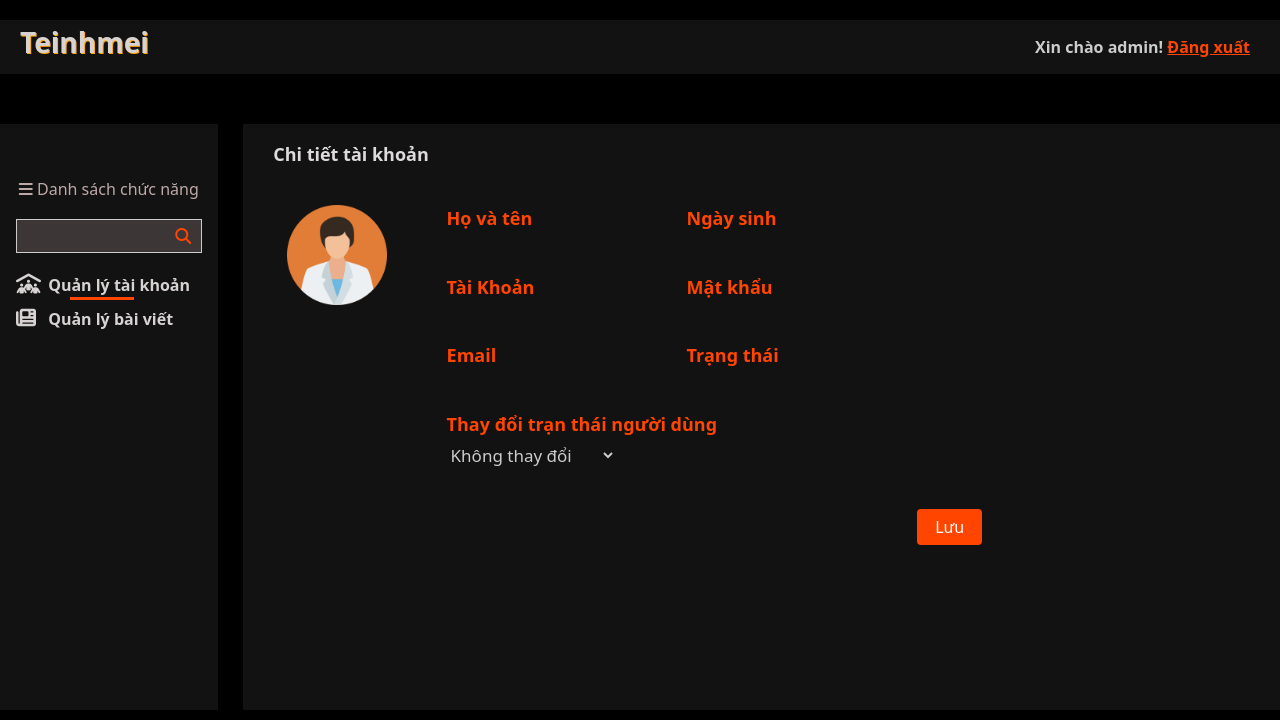
Repository: 29ieH/schedule-manager
Page: http://localhost/quanlythoigian/views/admin/edituser.jsp
The author's editor kept a copy of each file at every save. The page is drawn from the files as they stood at one save, then again after the next save.
The browser window is 1280 px wide. The pictures show the whole page.
The page is served by Tomcat 9. Nobody is signed in. The application's start-up code is not run. Other server files are loaded and not shown.

Above is the page before, as saved 2023-12-26 16:19:46.

### quanlythoigian/src/main/webapp/views/admin/edituser.jsp
<%@ page language="java" contentType="text/html; charset=UTF-8"
    pageEncoding="UTF-8"%>
    <%@include file = "../../util/taglib.jsp"%>
     <%@include file = "../../util/libweb.jsp"%>
<!DOCTYPE html>
<html>
<head>
<meta charset="UTF-8">
<title>Insert title here</title>
</head>
<c:set var ="result" value ="${applicationScope.listResult}"/>
<%
	session = request.getSession(false);
	if(session!=null){
%>
<body style="background-color: black;">
    <div class="web">
        <div class="width-1280">
            <div  id ="div__error-mess" class="error__edit-mess">
                <button id = "div__error-close" class="error__edit-mess--close">
                    <i class="fa-regular fa-circle-xmark"></i>
                </button>
                <h5 class="error__edit-mess--heading">
                    Thông Báo !
                </h5>
                <p class="error__edit-mess--text">
                    aaaabcdefghaaaaaaaaaaaaaaaaaaaaaaaaaaaaaaaaaaaaaaaaaaaaaaaaaaaaaaaaaaaaaaaaaaaaaaaaaaaaaaaaaaaaaaaaaaaaaaaaaaaaaaaaaaaaaaaaaa
                </p>
            </div>
        <div class="header">
            <div style="margin-top: 20px;" class="header__navbar">
                <ul class="header__navbar--list">
                        <h3 class="header__logo">Teinhmei</h3>
                </ul>
                <ul class="header__navbar--list">
                    <li style="color: #ccc; font-weight: 700;" class="header__navbar--item">
                        Xin chào admin! <a style ="color: orangered;" href="<c:url value="/a-dang-xuat"/>">Đăng xuất</a>
                    </li>
                </ul>
            </div>
        </div>
        <div class="hu-content m-h">
        <div class="dashboard">
            <h6 class="dashboard__heading"> <i class="fa-solid fa-bars"></i> Danh sách chức năng</h6>
            <div style="margin-bottom: 20px;" class="dashboard__search">
                <input class="dashboard__search--input" type="text" name="" id="">
                <a class="dashboard__search--link "  href=""><i class="color-2 dashboard__search--icon fa-solid fa-magnifying-glass"></i></a>
            </div>
            <ul class="dashboard__list">
                <li class="dashboard__item tkb">
                    <a class="dashboard__item--link" href="<c:url value="/a-dtb-user?page=1&maxItemsPage=5"/>">
                        <i class="dashboard__item--icon fa-solid fa-people-roof"></i>
                        Quản lý tài khoản
                    </a>
                    <div class="tkb-underline"></div>
                </li>
                <li id="sukien" class="dashboard__item sukien">
                    <a class="dashboard__item--link" href="indexevent.html">
                        <i class="dashboard__item--icon fa-solid fa-newspaper"></i>
                    Quản lý bài viết
                    </a>
                </li>
            </ul>
        </div>
        <div  style="padding: 20px 30px;" class="hu-body">
            <h6 class="a-table__heading">Chi tiết tài khoản</h6>
            <form action="<c:url value = "/a-edit-userz"/>" id="myForm">
            	<input type="hidden" name = "id" value ="${result.idNguoiDung}">
                <div class="a_form--user">
                <c:choose>
                	<c:when test="${result.gioiTinh=='Nam'}">
                	<img src="<c:url value="/img/usernam.png"/>" alt="" class="a_form--img">
                	</c:when>
                	<c:otherwise>
                	<img src="<c:url value="/img/nuuser.png"/>" alt="" class="a_form--img">
                	</c:otherwise>
                </c:choose>
                    <div class="a_form--info">
                        <ul class="a_form--list">
                            <li class="a_form--item">
                                <div class="r">
                                    <div class="w-260px">
                                        <span>Họ và tên</span>
                                        <input class="a_form--input" type="text" value="${result.hoVaTen}" name="hoVaTen">
                                        <div id="error-thoiGianBatDau" class="mess_error"></div>
                                    </div>
                                    <div class="w-260px">
                                    <span>Ngày sinh</span>
                                    <input class="a_form--input w-260px" type="text" value="${result.ngaySinh}" name="ngaySinh">
                                    <div id="error-thoiGianBatDau" class="mess_error"></div>
                                    </div>
                                </div>
                                <div class="r">
                                <div class="w-260px">
                                    <span>Tài Khoản</span>

                                <input class="a_form--input w-260px" type="text" value="${result.taiKhoan}" name="taiKhoan">
                                <div id="error-thoiGianBatDau" class="mess_error"></div>
                                </div>
                                <div class="w-260px">
                                    <span>Mật khẩu</span>

                                <input class="a_form--input w-260px" type="text" value="${result.matKhau}" name="matKhau">
                                <div id="error-thoiGianBatDau" class="mess_error"></div>
                                </div>
                            </div>
                            <div class="r">
                                <div class="w-260px">
                                    <span>Email</span>

                                <input class="a_form--input w-260px" type="email" value="${result.email}" name="email">
                                <div id="error-thoiGianBatDau" class="mess_error"></div>
                                </div>
                                <div class="w-260px">
                                    <span>Trạng thái</span>
                                	<c:if test="${result.status==1}">
                                	<c:set var = "status" value="Đang hoạt động"/>
                                	</c:if>
                                	<c:if test="${result.status==0}">
                                	<c:set var = "status" value="Tạm khóa"/>
                                	</c:if>
                                    <input class="a_form--input w-260px" type="text" value="${status}" name="status">
                                    <div id="error-thoiGianBatDau" class="mess_error"></div>
                                    </div>

                            </div>
                            <div>
                                <span>Thay đổi trạn thái người dùng</span>

                                <div>
                                <select class="a_form--input w-176px" aria-label="Default select example" name="editStatus">
                                    <option value="2">Không thay đổi</option>
                                    <option value="1">Mở khóa tài khoản</option>
                                    <option value="0">Khóa tài khoản</option>
                                  </select>
                                  </div>

                            </div>
                            </li>
                        </ul>
                    </div>
                </div>
                <input style="margin-left: 644px;" class="a-table__submit" type="submit" value="Lưu">
            </form>
        </div>
    </div>
        </div>
    </div>
</body>
<% } else {
	response.sendRedirect("/quanlythoigian/views/dangnhap.jsp");
} %>
</html>

### quanlythoigian/src/main/webapp/util/taglib.jsp
   <%@ taglib prefix = "c" uri = "http://java.sun.com/jsp/jstl/core" %>
     <link rel="stylesheet" href="<c:url value ="/css/base.css"/>">
    <link rel="stylesheet" href="<c:url value ="/css/main.css"/>">

### quanlythoigian/src/main/webapp/util/libweb.jsp
	<link href="https://cdn.jsdelivr.net/npm/bootstrap@5.2.3/dist/css/bootstrap.min.css" rel="stylesheet" integrity="sha384-rbsA2VBKQhggwzxH7pPCaAqO46MgnOM80zW1RWuH61DGLwZJEdK2Kadq2F9CUG65" crossorigin="anonymous">
    <script src="https://cdn.jsdelivr.net/npm/@popperjs/core@2.11.6/dist/umd/popper.min.js" integrity="sha384-oBqDVmMz9ATKxIep9tiCxS/Z9fNfEXiDAYTujMAeBAsjFuCZSmKbSSUnQlmh/jp3" crossorigin="anonymous"></script>
    <script src="https://cdn.jsdelivr.net/npm/bootstrap@5.2.3/dist/js/bootstrap.min.js" integrity="sha384-cuYeSxntonz0PPNlHhBs68uyIAVpIIOZZ5JqeqvYYIcEL727kskC66kF92t6Xl2V" crossorigin="anonymous"></script>
    <link rel="stylesheet" href="https://cdnjs.cloudflare.com/ajax/libs/font-awesome/6.4.2/css/all.min.css" integrity="sha512-z3gLpd7yknf1YoNbCzqRKc4qyor8gaKU1qmn+CShxbuBusANI9QpRohGBreCFkKxLhei6S9CQXFEbbKuqLg0DA==" crossorigin="anonymous" referrerpolicy="no-referrer" />

### quanlythoigian/src/main/webapp/css/main.css
ul{
    margin: 0;
}
li{
    list-style: none;
}
.color-2{
    color: orangered;
}
.color-1{
    color: rgb(215, 211, 211);
}
.color-3{
    color: #0000;
}
.color-util{
    color: #d79e9e !important;
}
.color-input{
   background-color: rgb(215, 211, 211) !important;
}
.w-138px{
	width : 138px;
}
.w-244px{
	width : 244px;
}
.w-284px{
	width : 284px;
}
.w-320px{
    width: 320px;
}
.width-1280{
    width: 1380px;
}
.f-13{
    font-size: 13px !important;
}
.web{
    display: flex;
    align-items: center;
    justify-content: center;
}
.modal{
    position: fixed;
    top: 0;
    right: 0;
    left: 0;
    bottom: 0;
    background-color: rgba(0, 0, 0, 0.7);
    display: flex;
    align-items: center;
    justify-content: center;
}
body{
    margin: 0;
}
.row-body{
    display: flex;
    align-items: center;
    justify-content: center;
}
.m-t-40{
    margin-top: 40px;
}
.m-t-10{
    margin-top: 10px;
}
.m-b-10{
    margin-bottom: 10px;
}
.m-r-20{
    margin-right: 20px;
}
.m-l-30{
    margin-left: 30px;
}
.m-r-10{
    margin-right: 10px;
}
.pd-b-40{
    padding-bottom: 40px;
}
.w-210px{
    width: 210px !important;
}
.w-156px{
    width: 156px !important;
}
.reset-margin{
    margin: 0 !important;
}
.w-260px{
    width: 240px !important;
}
.w-280px{
    width: 280px;
}
.row{
    display: flex;
    justify-content: space-between;
    padding: 20px 30px;
}
.r{
    display: flex;
}
.pd-6{
    padding: 6px !important;
}
.mess_error{
    color: red;
    font-weight: 600;
    font-size: 15px;
    overflow-wrap: break-word;
    margin-top: 4px;
}
.bg-p{
    background-color: rgb(19, 18, 18) !important;
}
.btn-submit{
    padding: 2px 14px;
    border-radius: 4px;
    background-color: orangered;
    color: #ffff;
}
.btn-submit:hover{
    background-color: rgb(255, 30, 0);
}
  .btn{
    cursor: pointer;
    padding: 0 !important;
  }
    .error__edit-mess{
    width: 446px;
    background-color: #3c3636;
    border-radius: 12px;
    position: absolute;
    padding: 10px 20px;
    right: 35.3%;
    transition: top 0.5s;
    top: -100%;
    /* top: 32px; */
  }
  .error__edit-mess--heading{
    color: orangered;
    text-shadow: 1px 1px #141414;
    text-align: center;
  }
  .error__edit-mess--text{
    color: #c7c1c1;
    text-align: center;
    margin: 0;
    font-size: 17px;
    text-shadow: 1px 1px #5d4a4a;
    overflow-wrap: break-word;
  }
  .error__edit-mess--close{
    background-color: #3c3636;
    border: none;
    position: absolute;
    right: 0px;
    top: 0px;
    font-size: 20px;
    border-radius: 10px;
    color: #f7a2a2;
  }
  .error__edit-mess--close:hover{
    color: #937878;
  }
  .m-h{
  	    min-height: 586px;
  }
  .pagination{
    --bs-pagination-bg: black !important;
    --bs-pagination-color: orange !important;
    --bs-pagination-active-bg: #FF5722 !important;
  	--bs-pagination-active-border-color: #dee2e6 !important;
	--bs-pagination-hover-color: #FF5722 !important;

  }

Loaded but not shown: quanlythoigian/src/main/webapp/css/base.css (1142 lines, source omitted)

After the next save:
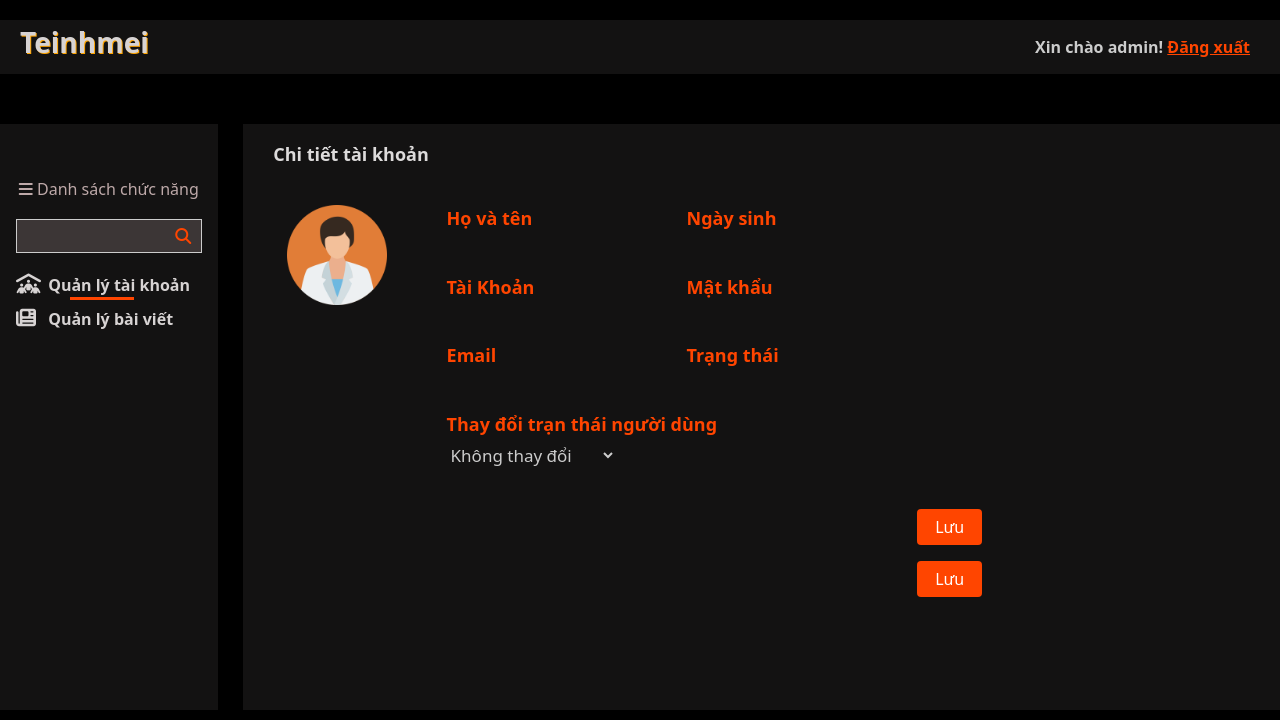
Saved 87 s later.
--- a/quanlythoigian/src/main/webapp/views/admin/edituser.jsp
+++ b/quanlythoigian/src/main/webapp/views/admin/edituser.jsp
@@ -142,6 +142,7 @@
                 </div>
                 <input style="margin-left: 644px;" class="a-table__submit" type="submit" value="Lưu">
             </form>
+             <input style="margin-left: 644px;" class="a-table__submit" type="submit" value="Lưu">
         </div>
     </div>
         </div>
